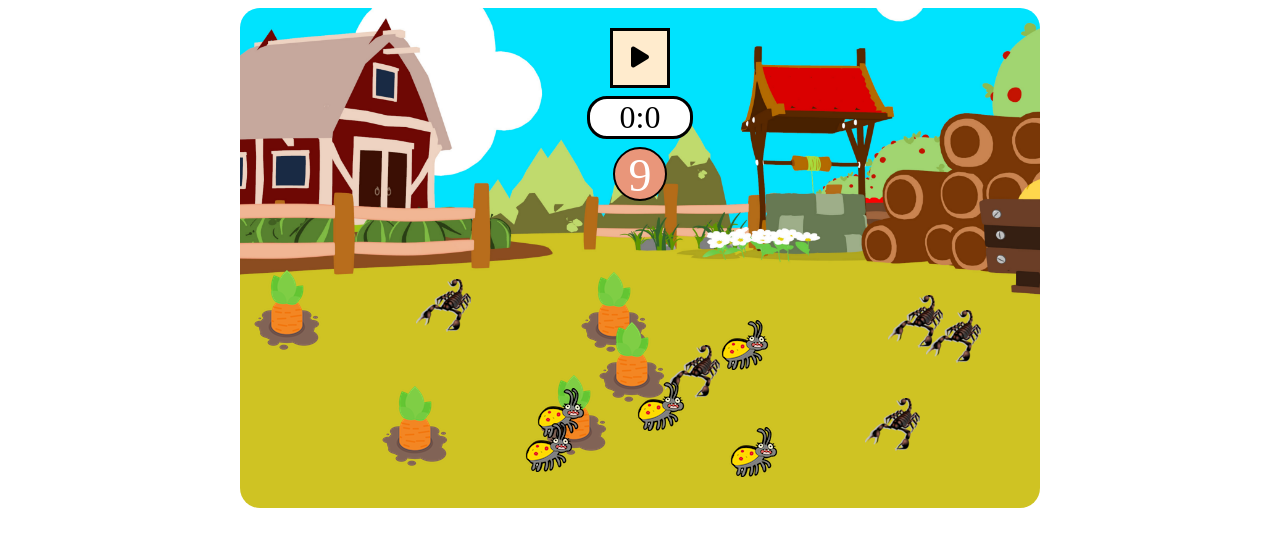
Repository: ggandory/browser101
Page: chapter7/carrot/index.html
These files come from the project's save history. The page is drawn as it stood at one moment and after the next save; the edit follows.
The browser window is 1280 px wide. The pictures show the whole page.
Some web libraries are served in a nearby version.

Above is the page before, as saved 2024-05-02 00:11:38.

After the next save:
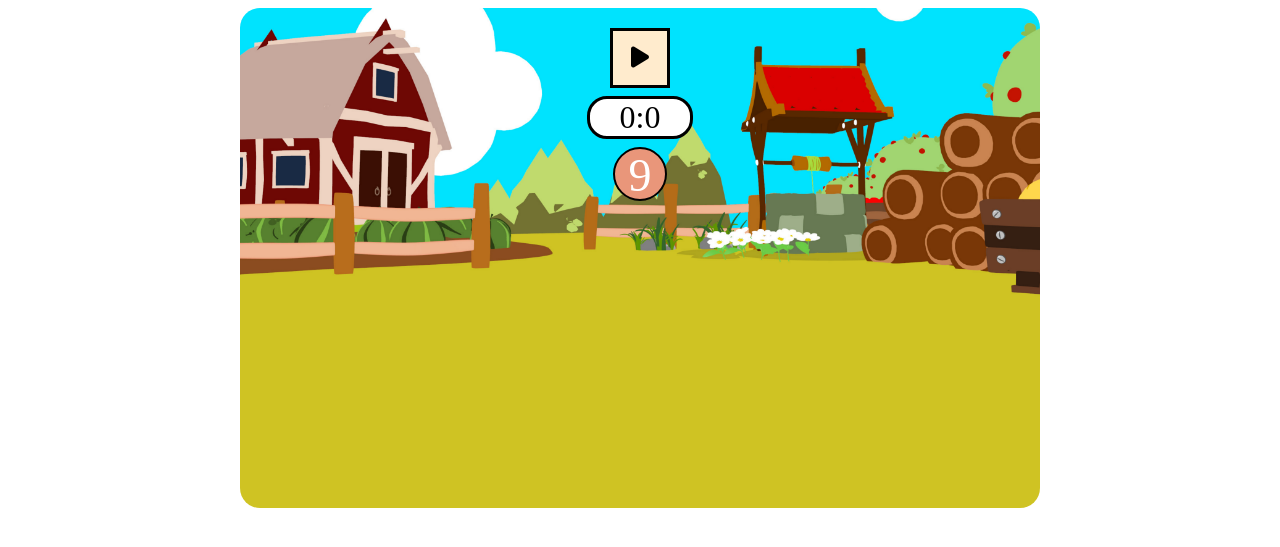
Saved 23 h 21 min later.
--- a/chapter7/carrot/main.js
+++ b/chapter7/carrot/main.js
@@ -1,15 +1,51 @@
 "use strict";
 
 const CARROT_SIZE = 80;
+const CARROT_COUNT = 5;
+const BUG_COUNT = 5;
+const MONSTER_COUNT = 5;
 const field = document.querySelector(".game_field");
 const fieldRect = field.getBoundingClientRect();
+const gameBtn = document.querySelector(".game_button");
+const gameTimer = document.querySelector(".game_timer");
+const gameScore = document.querySelector(".game_score");
+
+let started = false;
+let score = 0;
+let timer = undefined;
+
+gameBtn.addEventListener("click", () => {
+  if (started) {
+    stopGame();
+  } else {
+    startGame();
+  }
+  started = !started;
+});
+
+function startGame() {
+  initGame();
+  showStopButton();
+  showTimerAndScore();
+}
+function stopGame() {}
+
+function showStopButton() {
+  const icon = gameBtn.querySelector(".fa-play");
+  icon.classList.add("fa-stop");
+  icon.classList.remove("fa-play");
+}
+
+function showTimerAndScore() {
+  gameTimer.style.visibility = "visible";
+  gameScore.style.visibility = "visible";
+}
 
 function initGame() {
   //벌레와 당근을 생성한뒤 field에 추가해준다.
-  console.log(fieldRect);
-  addItem("carrot", 5, "img/carrot.png");
-  addItem("monster", 5, "img/monster.png");
-  addItem("bug", 5, "img/bug.png");
+  addItem("carrot", CARROT_COUNT, "img/carrot.png");
+  addItem("monster", MONSTER_COUNT, "img/monster.png");
+  addItem("bug", BUG_COUNT, "img/bug.png");
 }
 
 function addItem(className, count, imgPath) {
@@ -33,5 +69,3 @@ function addItem(className, count, imgPath) {
 function randomNumber(min, max) {
   return Math.random() * (max - min) + min;
 }
-
-initGame();
